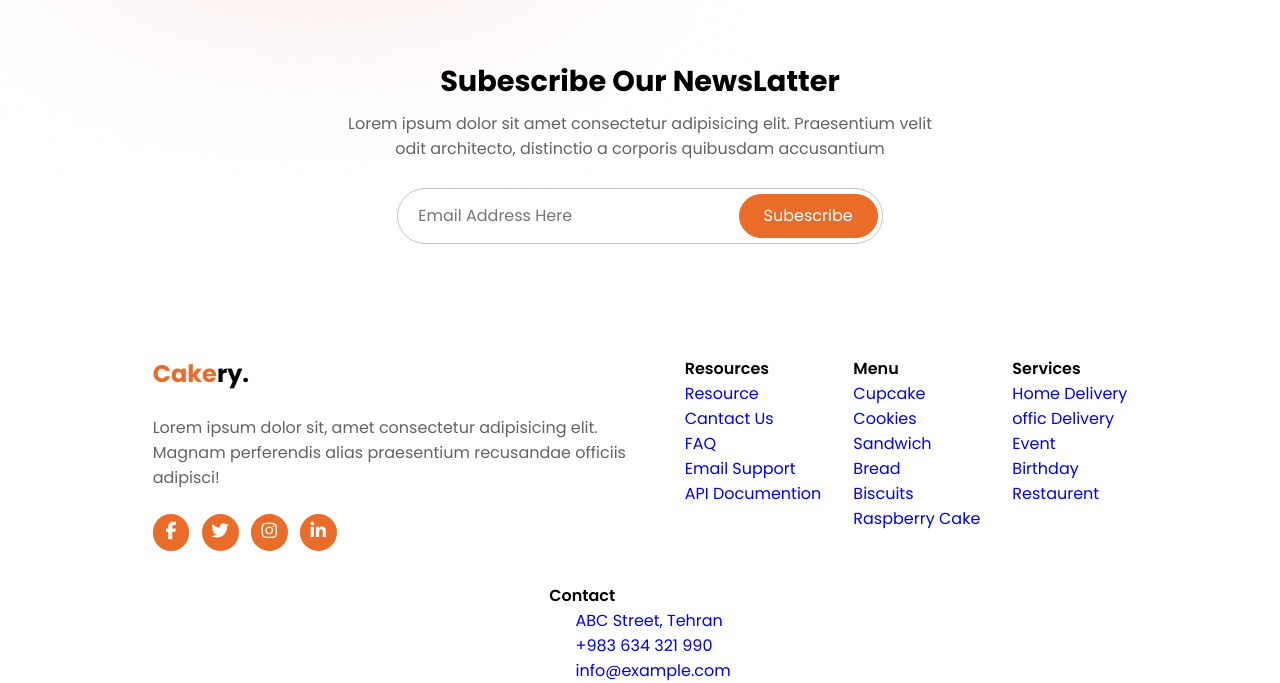
Repository: kingamirhosein100000-maker/cake.shop
Page: index.html
The author's editor kept a copy of each file at every save. The page is drawn from the files as they stood at one save, then again after the next save.
The browser window is 1280 px wide. The pictures show the part of the page from y = 4552 to 5235 px (the page is 5235 px tall).
A picture or video elsewhere on the page could not be fetched, so the positions and the page height are approximate. Some web libraries are served in a nearby version.

Above is the page before, as saved 2026-01-29 18:00:36.

After the next save:
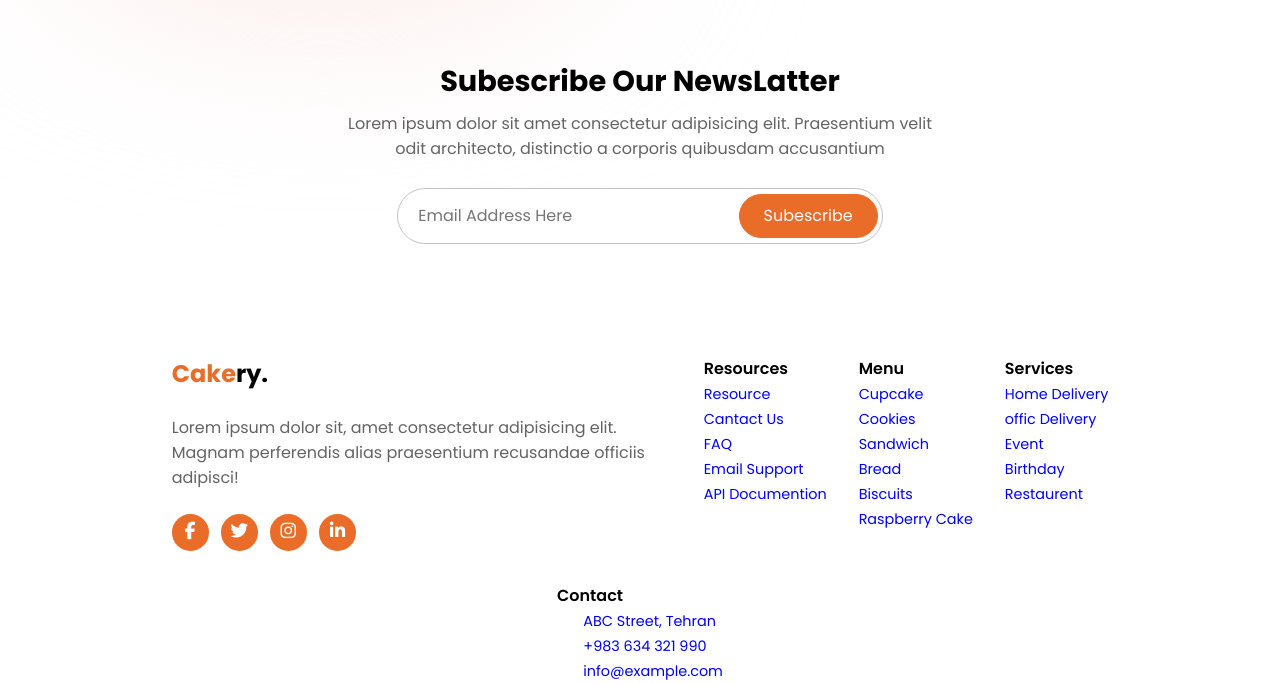
Saved 5 s later.
--- a/style.css
+++ b/style.css
@@ -329,5 +329,5 @@
                     }
                     /* footer section */
                     .footer-links{
-                        font-size: ;
-                    }
+                        font-size: .9rem;
+                    }
